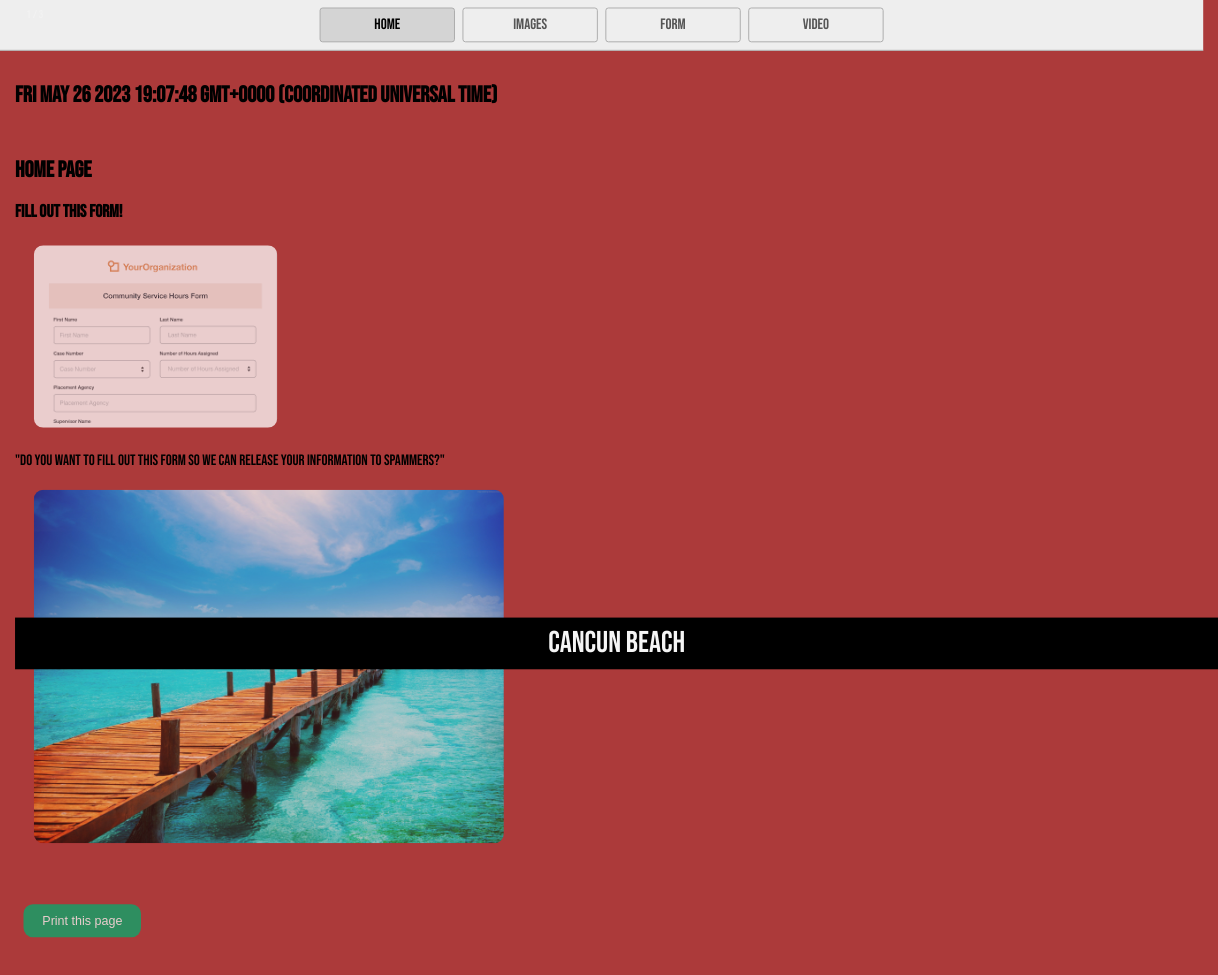
Repository: sebas6292/palmTree-Final
Page: Home.html
The author's editor kept a copy of each file at every save. The page is drawn from the files as they stood at one save, then again after the next save.
The browser window is 1280 px wide. The page is 1296 px wide, so the pictures cover 1296 px, including what lies to the right of the window. The pictures show the whole page, at 94% of full size.

Above is the page before, as saved 2023-06-04 17:26:22.

### Home.html
<!DOCTYPE html>
<html lang="en">
  <head>
    <title>Jeff's Final</title>
    <meta charset=" UTF-8" />
    <meta name="viewport" content="width=device-width" />
  <link rel="icon" href="/Assets/favicon.jpg" type="image/x-icon">
    <link rel="preconnect" href="https://fonts.googleapis.com">
    <link rel="preconnect" href="https://fonts.gstatic.com" crossorigin>
    <link href="https://fonts.googleapis.com/css2?family=Bebas+Neue&display=swap" rel="stylesheet">
    <link rel="stylesheet" href="styles.css" />
    <script type="module" src="script.js"></script>
  </head>
  <body>
    <nav>
      <a href="/Home.html" aria-current="page">Home</a>
      <a href="/Images.html">Images</a>
      <a href="/Form.html">Form</a>
      <a href="/Video.html">Video</a>
    </nav>
    <main>
      <h1 id="currentDate">

      </h1>

        <br>
      <h1>Home page</h1>
      <div>
        <h3>Fill out this Form!</h3>
        <a
          href="/Form.html"
        >
          <img src="./Assets/form.png" />
        </a>
        <p>"Do you want to fill out this form so we can release your information to spammers?"</p>
      </div>
      <!-- Slideshow container -->
<div class="slideshow-container">

  <!-- Full-width images with number and caption text -->
  <div class="mySlides fade">
    <div class="numbertext">1 / 3</div>
    <img src="/Assets/CancunBeach.jpeg" style="width:100%">
    <div class="text">Cancun Beach</div>
  </div>

  <div class="mySlides fade">
    <div class="numbertext">2 / 3</div>
    <img src="/Assets/PhilipinesBeach.jpeg" style="width:100%">
    <div class="text">Philipines Beach</div>
  </div>

  <div class="mySlides fade">
    <div class="numbertext">3 / 3</div>
    <img src="/Assets/FijiBeach.jpeg" style="width:100%">
    <div class="text">Fiji Beach</div>
  </div>

  <!-- Next and previous buttons -->
  <!-- <a class="prev" onclick="plusSlides(-1)">&#10094;</a>
  <a class="next" onclick="plusSlides(1)">&#10095;</a> -->
</div>
<br>

<!-- The dots/circles -->
<!-- <div style="text-align:center">
  <span class="dot" onclick="currentSlide(1)"></span>
  <span class="dot" onclick="currentSlide(2)"></span>
  <span class="dot" onclick="currentSlide(3)"></span>
</div> -->
    </main>
    <button onclick="window.print()">Print this page</button>
  </body>
</html>

### styles.css
* {
    box-sizing: border-box;
  }

.slideshow-container {
  max-width: 500px;
  margin-right: 1rem;
}

.mySlides {
  display: none;
}

.next {
  right: 0;
  border-radius: 3px 0 0 3px;
}

.prev:hover, .next:hover {
  background-color: rgba(0,0,0,0.8);
}

.text {
  color: whitesmoke;
  background-color: #000;
  font-size: 2rem;
  padding: 8px 12px;
  position: absolute;
  bottom: 8px;
  width: 100%;
  text-align: center;
}


.numbertext {
  color: #f2f2f2;
  font-size: 12px;
  padding: 8px 12px;
  position: absolute;
  top: 0;
}

/* The dots/bullets/indicators */
.dot {
  cursor: pointer;
  height: 15px;
  width: 15px;
  margin: 0 2px;
  background-color: #bbb;
  border-radius: 50%;
  display: inline-block;
  transition: background-color 0.6s ease;
}

.active, .dot:hover {
  background-color: #717171;
}

/* Fading animation */
.fade {
  animation-name: fade;
  animation-duration: 1.5s;
}

@keyframes fade {
  from {opacity: .4}
  to {opacity: 1}
}


  body {
    margin: 0;
    font-family: 'Bebas Neue', sans-serif;
    color: black;
    background-color: white;
  }
  @keyframes body {
    0%   {background-color: white;}
    25%  {background-color: brown}
    50%  {background-color: purple;}
    100% {background-color: black;}
  }
  body {
    background-color: white;
    animation-name: body;
    animation-duration: 30s;
  }

  nav {
    display: flex;
    flex-wrap: wrap;
    align-items: center;
    justify-content: center;
    padding: 0.5rem;
    gap: 0.5rem;
    border-bottom: solid 1px #aaa;
    background-color: #eee;
  }

  nav a {
    display: inline-block;
    min-width: 9rem;
    padding: 0.5rem;
    border-radius: 0.2rem;
    border: solid 1px #aaa;
    text-align: center;
    text-decoration: none;
    color: #555;
  }

  nav a[aria-current='page'] {
    color: #000;
    background-color: #d4d4d4;
  }

  main {
    padding: 1rem;
  }

  h1 {
    font-weight: bold;
    font-size: 1.5rem;
  }
  .form-title {
    margin-left: 57px;
    color: whitesmoke;
    padding-top: 15px;
  }

  .bg-img {
    background-image: url('/Assets/pier2.jpeg');
    height: 500px;
    border-radius: 10px;
  }

  .form-container {
    position: absolute;
    margin: 0 0 0 40px;
    max-width: 400px;
    padding: 24px;
    background-color: whitesmoke;
    border-radius: 10px;
  }
  input[type=text], input[type=password], input[id=comment] {
    width: 100%;
    padding: 10px;
    border: none;
    background: #f1f1f1;
    border-radius: 5px;
  }

  button {
    background-color: #04AA6D;
    padding: 10px 20px 10px 20px;
    margin: 20px 0px 40px 25px;
    border-radius: 10px;
    cursor: pointer;
    color: white;
    border: none;
    opacity: 0.75;
  }
  button:hover {
    opacity: 1.25;
  }
  .btn {
    background-color: #04AA6D;
    color: white;
    margin-bottom: .5rem ;
    padding: 5px 0 5px 0;
    border: none;
    cursor: pointer;
    border-radius: 5px;
    width: 100%;
    opacity: 0.75;
  }
  .btn:hover {
    opacity: 1;
  }
  img {
    border-radius: 10px;
    margin: 5px 0 5px 20px;
    opacity: .75;
  }
  img:hover {
    opacity: 1;
    width: 300px;
  }
  .video-title {
   margin: 0px 0 0 20px;
   padding-top: 20px;
  }

  video {
    margin: 20px 0 0 15px;
    border-radius: 10px;
  }

### script.js
const displayDate = document.getElementById("currentDate");
displayDate.innerHTML = Date();

let slideIndex = 0;
showSlides();

function showSlides() {
  let i;
  let slides = document.getElementsByClassName("mySlides");
  for (i = 0; i < slides.length; i++) {
    slides[i].style.display = "none";
  }
  slideIndex++;
  if (slideIndex > slides.length) {slideIndex = 1}
  slides[slideIndex-1].style.display = "block";
  setTimeout(showSlides, 6000);
}

After the next save:
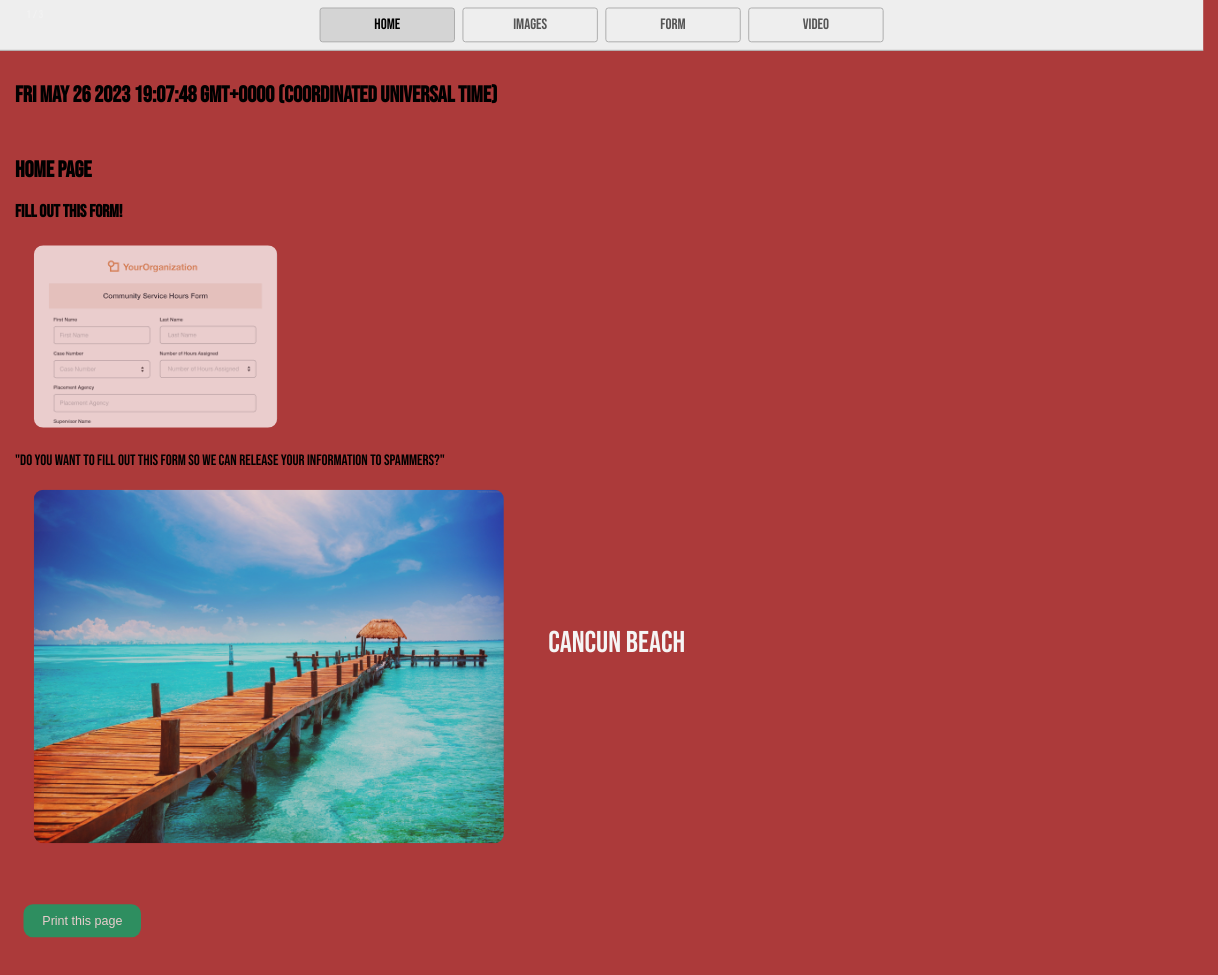
Saved 17 s later.
--- a/styles.css
+++ b/styles.css
@@ -22,7 +22,6 @@
 
 .text {
   color: whitesmoke;
-  background-color: #000;
   font-size: 2rem;
   padding: 8px 12px;
   position: absolute;
